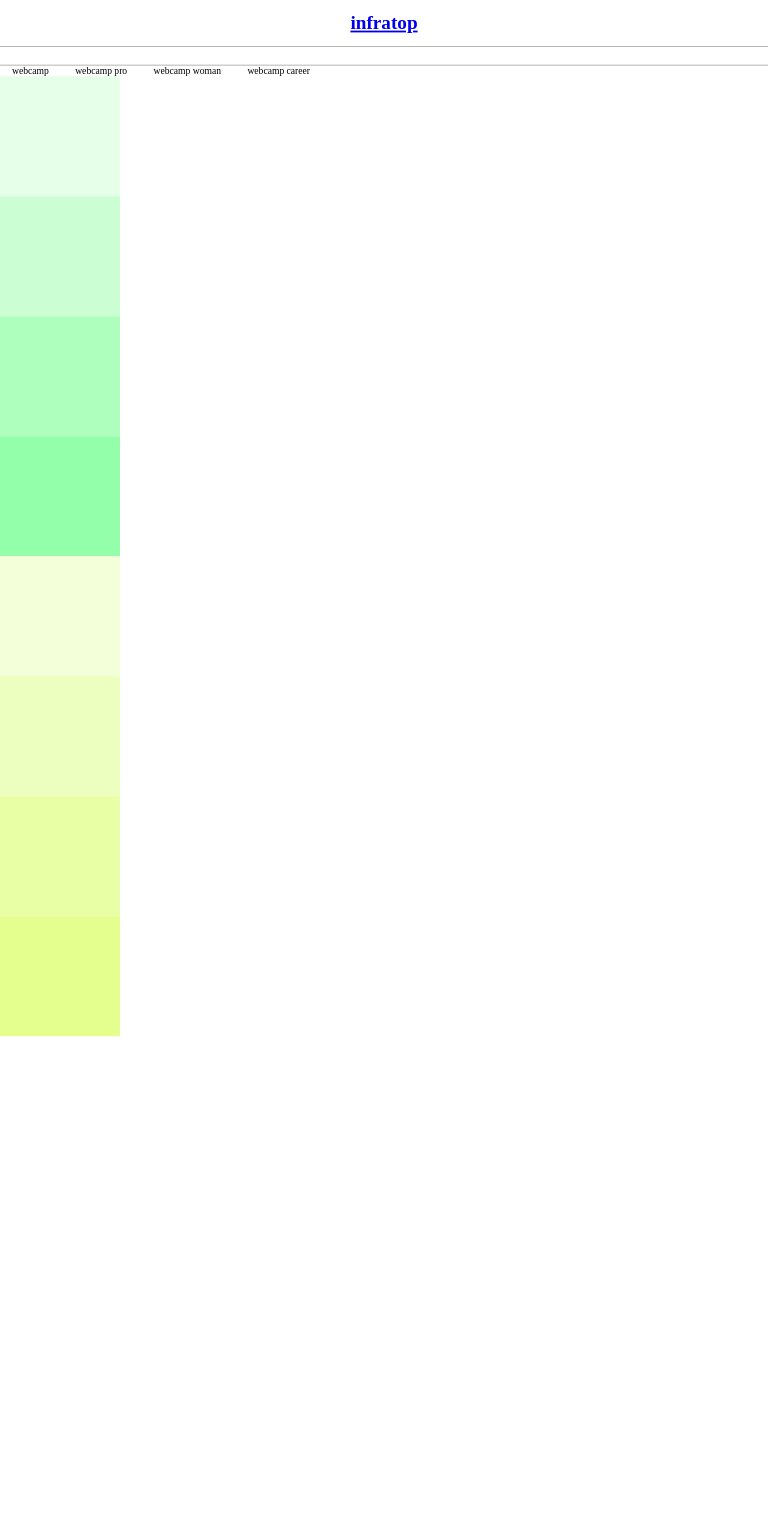
Repository: NANAKUNITA/chapter10
Page: chapter5/chapter5.html
The author's editor kept a record of every edit. The page is drawn from the files as they stood at one moment, then again after the next edit.
The browser window is 1280 px wide. The pictures show the whole page, at 60% of full size.

Above is the page before.

### chapter5/chapter5.html
<!DOCCTYPE html>
<html lang="ja">
  <head>
    <meta charset="UTF-8"/>
    <link rel="stylesheet" href="chapter5.css">
    <title>infratop</title>
  </head>

  <body>
    <header>
      <h1 class="header">
        <a href="chapter5.html">
          infratop
        </a>
      </h1>
    </header>

    <nav>
      <ul class="nav-list"></ul>
        <li class="nav-list-item">webcamp</li>
        <li class="nav-list-item">webcamp pro</li>
        <li class="nav-list-item">webcamp woman</li>
        <li class="nav-list-item">webcamp career</li>
    </nav>

   <div class="box1"></div>
   <div class="box2"></div>
   <div class="box3"></div>
   <div class="box4"></div>
   <div class="box5"></div>
   <div class="box6"></div>
   <div class="box7"></div>
   <div class="box8"></div>
   <div class="box9"></div>
   <div class="box10"></div>
   <div class="box11"></div>
   <div class="box12"></div>
  </body>
</html>

### chapter5/chapter5.css
*{
  margin: 0;
  padding: 0;
  box-sizing: border-box;
}

header{
  width:100%;
  padding:20px 0;
  text-align:center;
}

.nav-list{
  text-align:center;
  padding:15px 0;
  margin:0 auto;
  border-bottom:1px solid #848282;
  border-top:1px solid #848282;
}

.nav-list-item{
  list-style:none;
  display:inline-block;
  margin:0 20px;
}

.main{
  width:800px;
 margin:50px auto;
 display: flex;
 flex-wrap: wrap;
}

.box1{
  width: 200px;
  height: 200px;
  background-color: #e6ffe9;
}

.box2{
  width: 200px;
  height: 200px;
  background-color: #cbffd3;
}

.box3{
  width: 200px;
  height: 200px;
  background-color: #aeffbd;
}

.box4{
  width: 200px;
  height: 200px;
  background-color: #93ffab;
}

.box5{
  width: 200px;
  height: 200px;
  background-color: #f3ffd8;
}

.box6{
  width: 200px;
  height: 200px;
  background-color: #edffbe;
}

.box7{
  width: 200px;
  height: 200px;
  background-color: #e9ffa5;
}

.box8{
  width: 200px;
  height: 200px;
  background-color: #e4ff8d;
}

.box9{
  width: 200px;
  height: 200px;
  background-color: ;
}

.box10{
  width: 200px;
  height: 200px;
  background-color: ;
}

.box11{
  width: 200px;
  height: 200px;
  background-color: ;
}

.box12{
  width: 200px;
  height: 200px;
  background-color: ;
}

After the next edit:
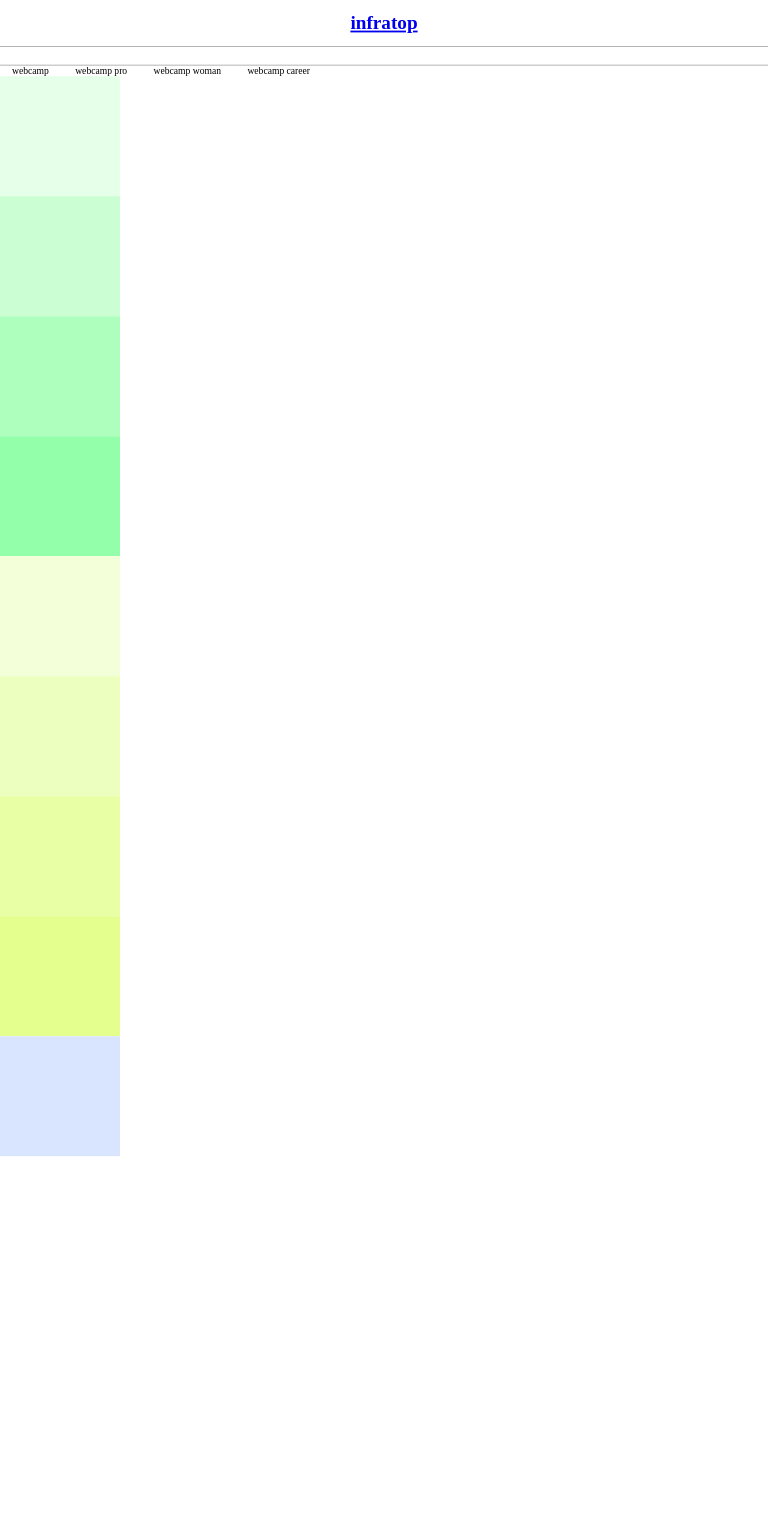
The edit:
--- a/chapter5/chapter5.css
+++ b/chapter5/chapter5.css
@@ -82,7 +82,7 @@
 .box9{
   width: 200px;
   height: 200px;
-  background-color: ;
+  background-color: #d9e5ff;
 }
 
 .box10{
